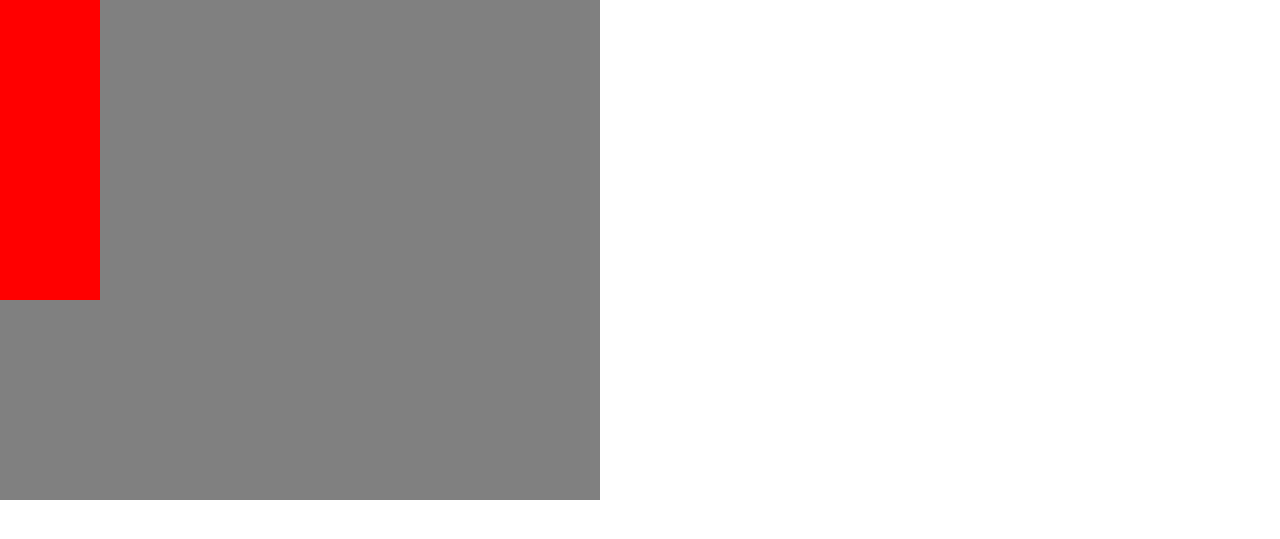
Repository: AytacSafarova/Task-12
Page: index.html
An editor plug-in stored every save of this project. The page is shown before and after the next save, followed by the edit.
The browser window is 1280 px wide. The pictures show the whole page.

Above is the page before, as saved 2023-07-27 09:08:54.

### index.html
<!DOCTYPE html>
<html lang="en">
<head>
  <meta charset="UTF-8">
  <meta name="viewport" content="width=device-width, initial-scale=1.0">
  <title>Document</title>
  <link rel="stylesheet" href="./index.css">
</head>
<body>
<div class="container">
  <div class="card"></div>
  <div class="card"></div>
  <div class="card"></div>
</div>

</body>
</html>

### index.css
*{
    margin: 0;
    padding: 0;
    box-sizing: border-box;
}

.container{
width: 600px;
height: 500px;
background-color: gray;
}
.card{
    width: 100px;
    height: 100px;
}
.card:nth-child(1){
    background-color: red;
}
.card:nth-child(2){
    background-color: red;
}
.card:nth-child(3){
    background-color: red;
}

After the next save:
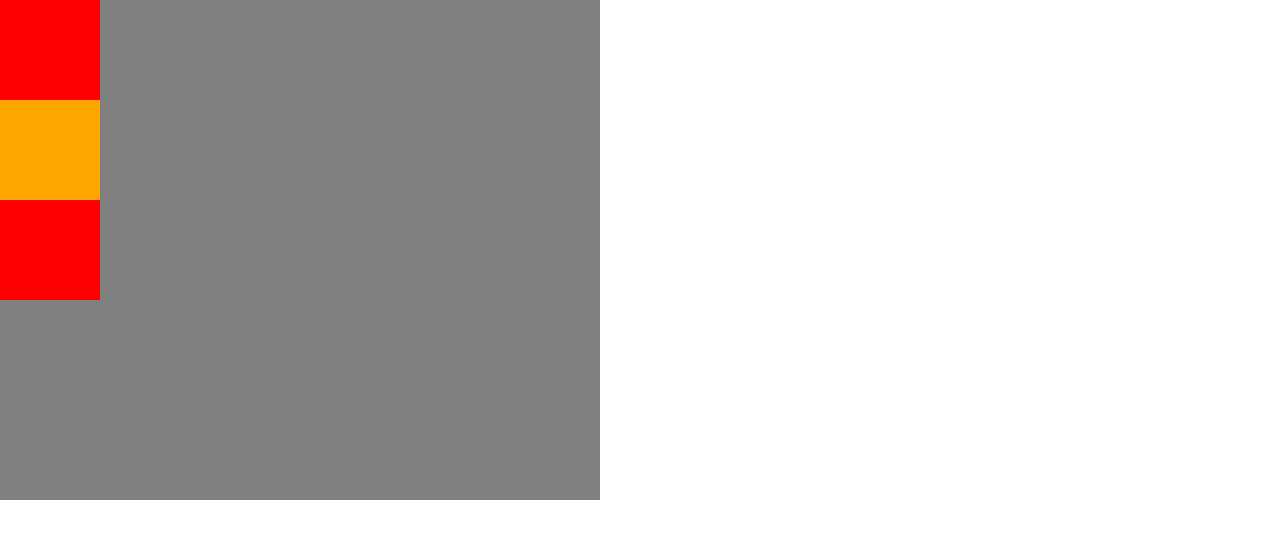
Saved 5 s later.
--- a/index.css
+++ b/index.css
@@ -17,7 +17,7 @@
     background-color: red;
 }
 .card:nth-child(2){
-    background-color: red;
+    background-color: orange;
 }
 .card:nth-child(3){
     background-color: red;
